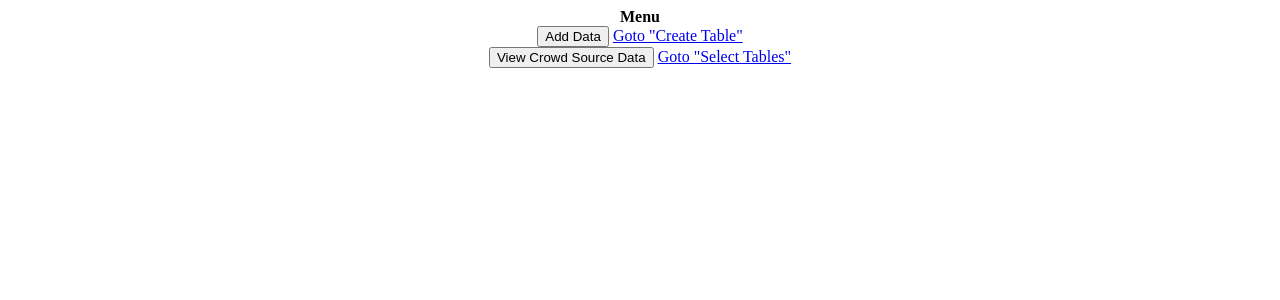
Repository: kemiporto/cmpe272-group12
Page: http://localhost/ESPAWSProject/
The author's editor kept a copy of each file at every save. The page is drawn from the files as they stood at one save, then again after the next save.
The browser window is 1280 px wide. The pictures show the whole page.
The page is served by Tomcat 9.

Above is the page before, as saved 2014-04-18 05:14:49.

After the next save:
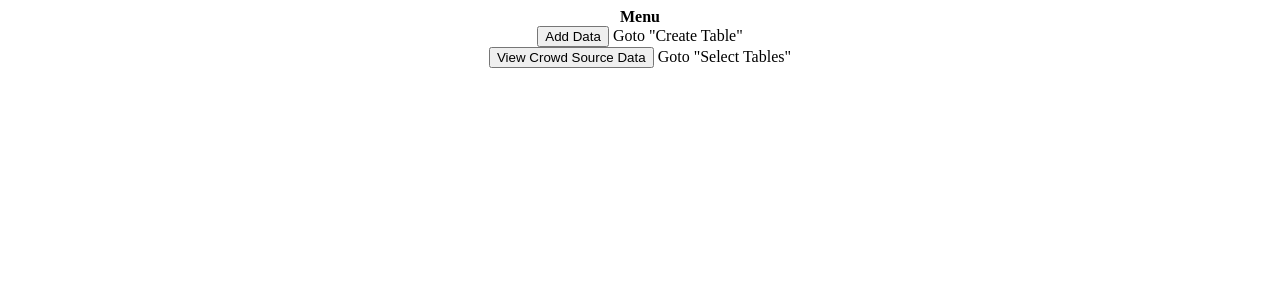
Saved 2 min 47 s later.
--- a/AWS/ESPAWSProject/WebContent/index.jsp
+++ b/AWS/ESPAWSProject/WebContent/index.jsp
@@ -9,10 +9,10 @@
 		<!--<div><hr/></div>-->
 		<!--<div><a href="http://www.google.com">goto google</a></div>-->
 		<div style="text-align:center"><input type="button" value="Add Data"/>
-		 <a href=”Create Table.html">Goto "Create Table"</a>
+		 Goto "Create Table"
 		</div>
 		<div style="text-align:center"><input type="button" value="View Crowd Source Data"/>
-		<a href=”Select Table.html”>Goto "Select Tables"</a>
+		Goto "Select Tables"
 		</div>
 	</div>
 </body>
